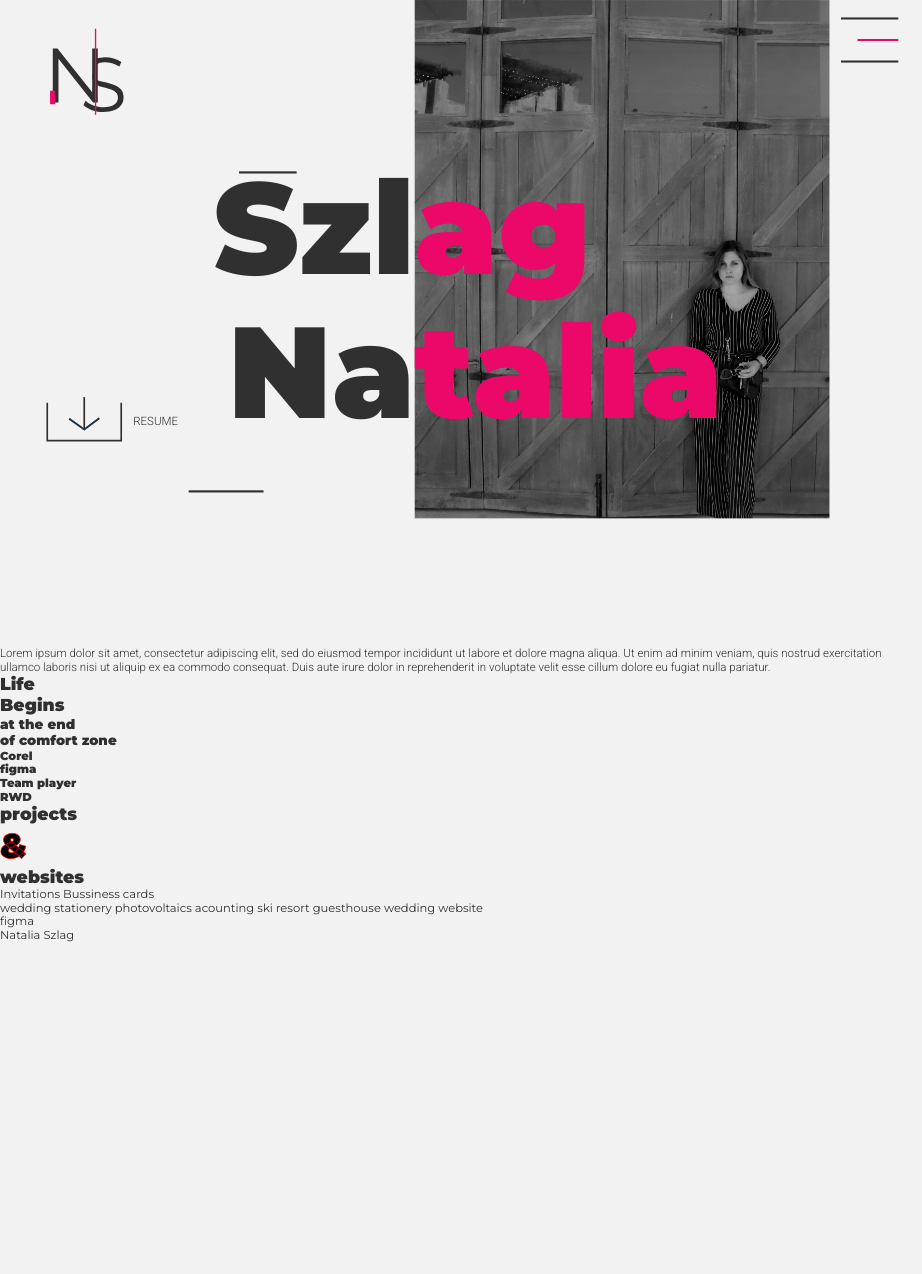
Repository: nataliaszlag/portfolio3
Page: index.html
The author's editor kept a copy of each file at every save. The page is drawn from the files as they stood at one save, then again after the next save.
The browser window is 1280 px wide. The pictures show the whole page, at 72% of full size.
The style sheet was rebuilt from its Sass, Less or Tailwind sources for each picture, by a compiler version that may differ from the author's.

Above is the page before, as saved 2020-09-26 20:31:27.

After the next save:
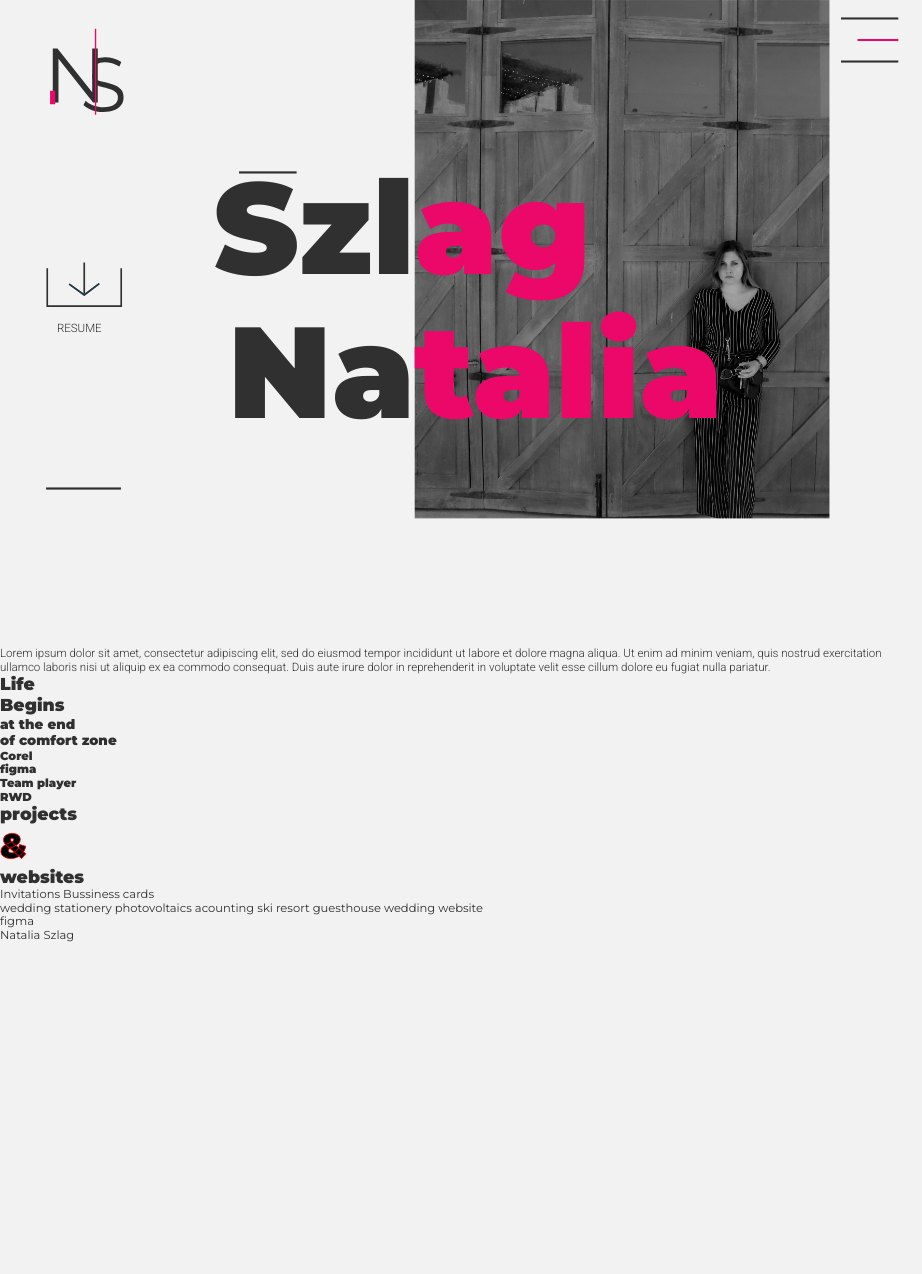
Saved 8 s later.
--- a/scss/style.scss
+++ b/scss/style.scss
@@ -91,8 +91,6 @@
     position: absolute;
     left: 5%;
     bottom: 5%;
-    display: flex;
-    align-items: center;
 
     &-p{
         padding: 15px;

After the save that followed:
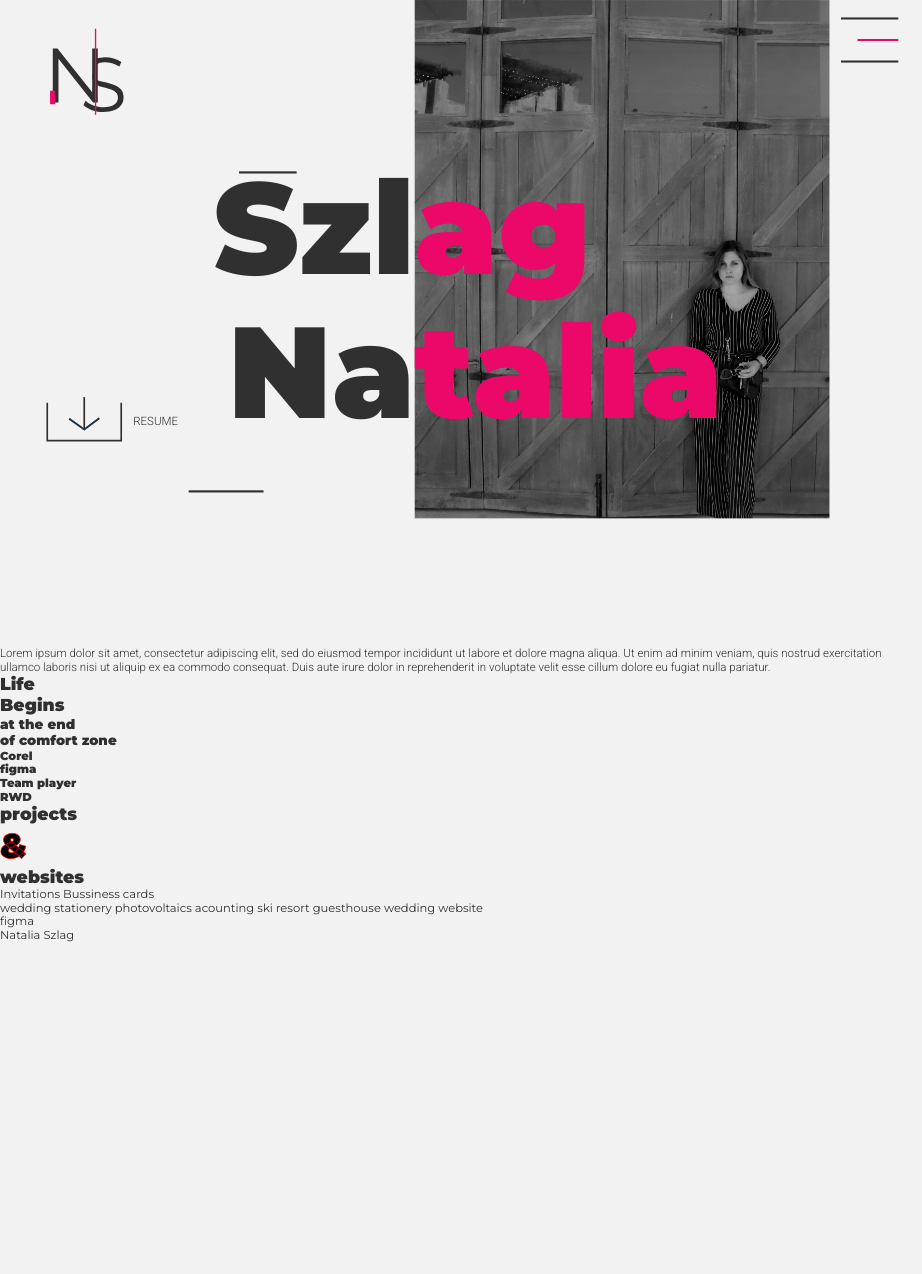
Saved 6 s later.
--- a/scss/style.scss
+++ b/scss/style.scss
@@ -91,6 +91,8 @@
     position: absolute;
     left: 5%;
     bottom: 5%;
+    display: flex;
+    align-items: center;
 
     &-p{
         padding: 15px;
